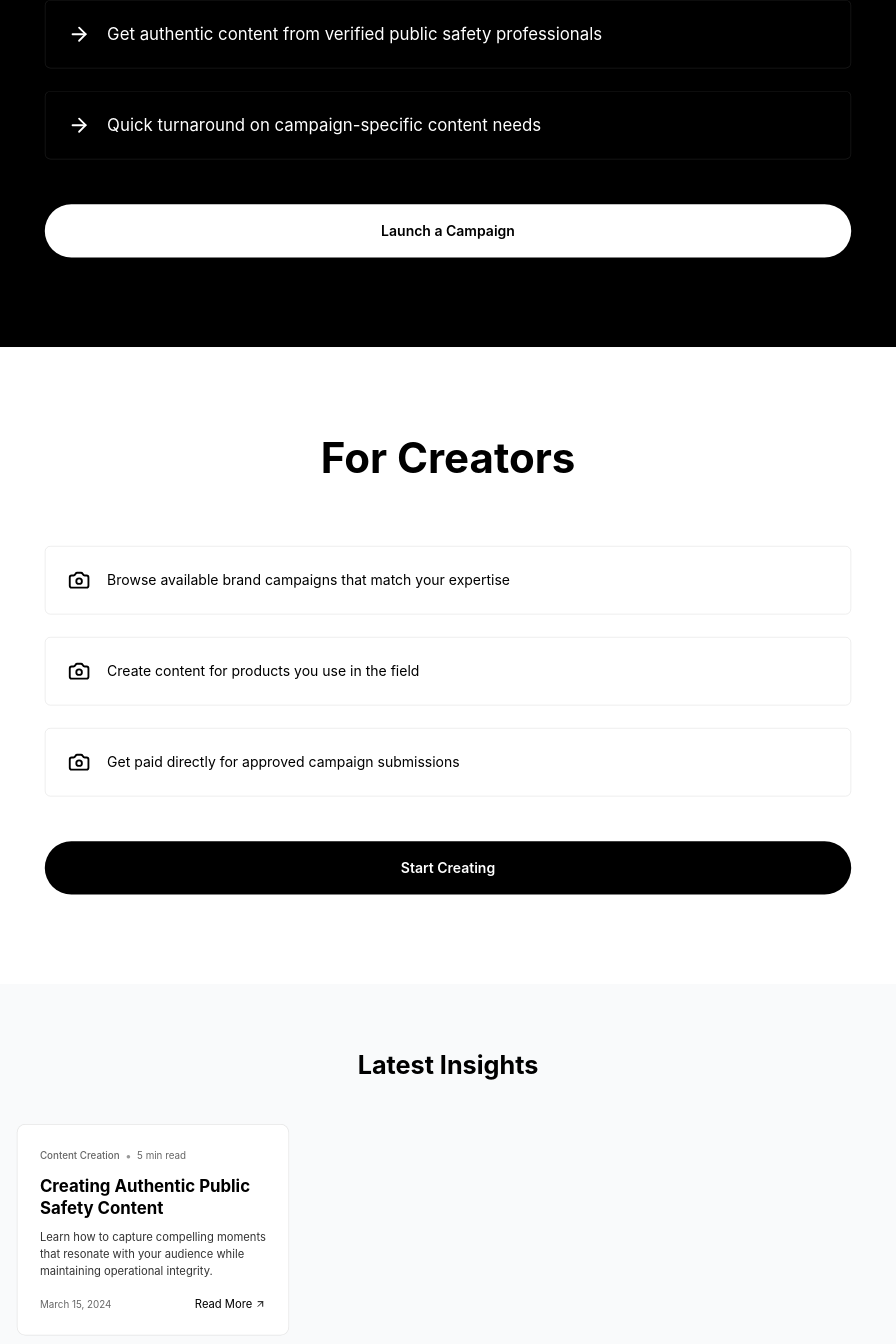
Repository: justmatt20/first-due-social
Page: /
An editor plug-in stored every save of this project. The page is shown before and after the next save, followed by the edit.
The browser window is 1280 px wide. The pictures show the part of the page from y = 1977 to 3897 px (the page is 4269 px tall), at 70% of full size.
The project was rebuilt for these pictures with package versions that can differ from the ones it lists, and the page was loaded fresh each time. Also part of the build but not shown: src/pages/Blog.jsx, src/pages/BlogPost.jsx.

Above is the page before, as saved 2025-01-20 11:28:01.

After the next save:
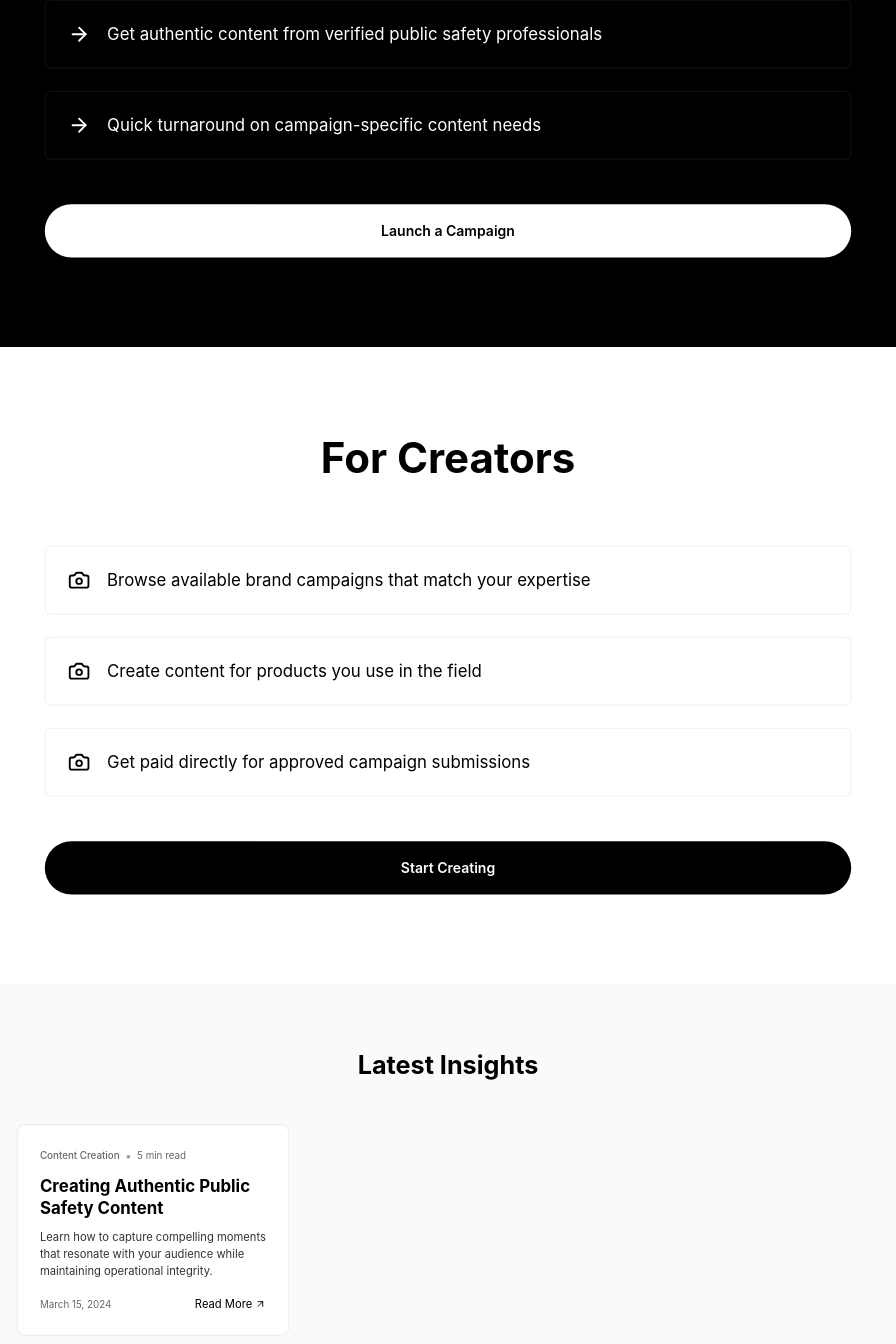
Saved 19 s later.
--- a/src/components/home/CreatorsSection.jsx
+++ b/src/components/home/CreatorsSection.jsx
@@ -1,4 +1,3 @@
-// src/components/home/CreatorsSection.jsx
 import React from "react";
 import { Camera } from "lucide-react";
 
@@ -20,10 +19,12 @@ export const CreatorsSection = () => {
             {benefits.map((item, index) => (
               <div
                 key={index}
-                className="flex items-center gap-4 lg:gap-6 p-4 lg:p-8 rounded-lg transition-all duration-200 hover:shadow-md border border-black/10 lg:text-xl"
+                className="flex items-center gap-4 lg:gap-6 p-4 lg:p-8 rounded-lg transition-all duration-200 hover:shadow-md border border-black/10"
               >
                 <Camera className="w-6 h-6 lg:w-8 lg:h-8 text-black flex-shrink-0" />
-                <span className="flex-1 text-black">{item}</span>
+                <span className="flex-1 text-black text-base lg:text-2xl">
+                  {item}
+                </span>
               </div>
             ))}
           </div>
